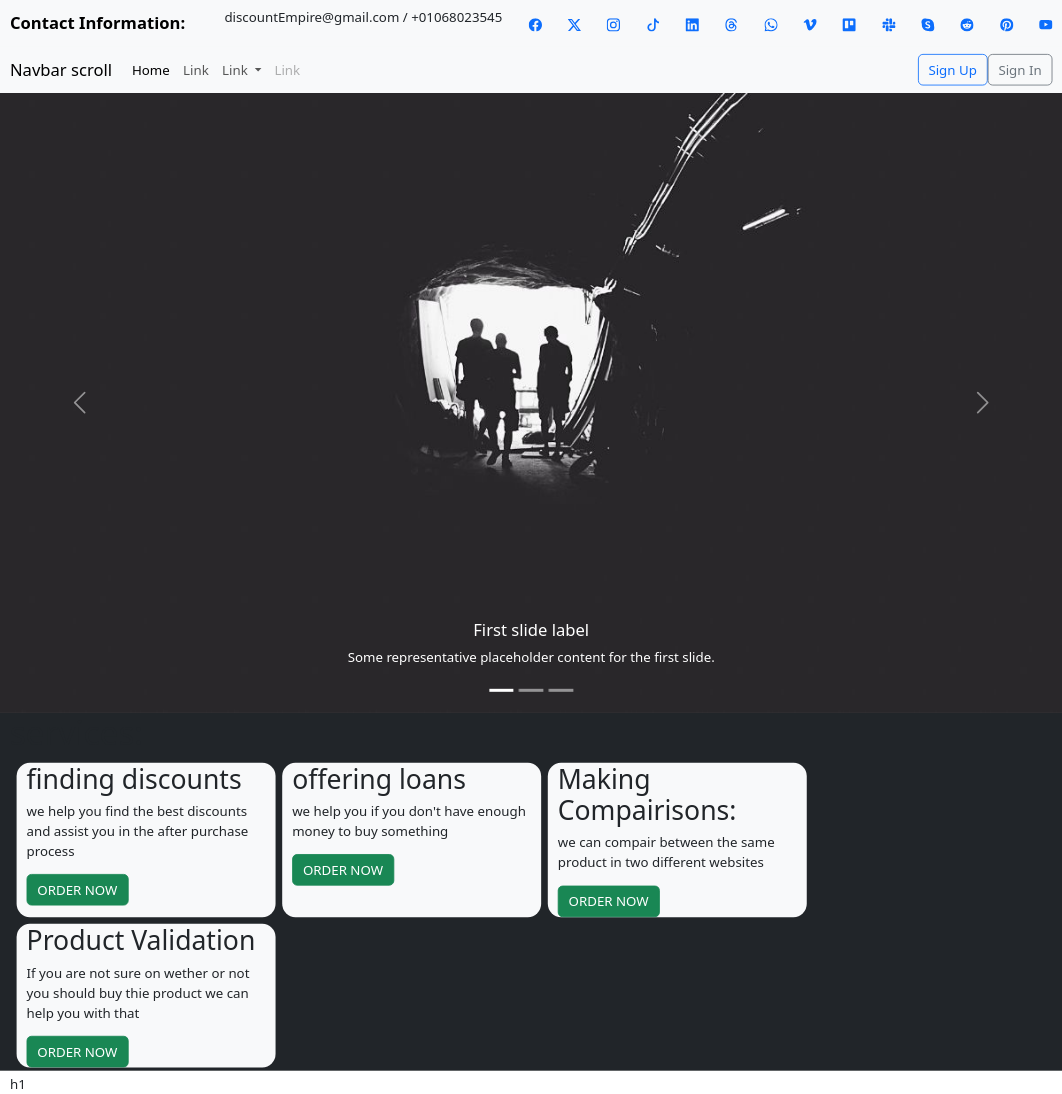
Repository: HaziimYassien/The-Discount-Empire
Page: index.html
An editor plug-in stored every save of this project. The page is shown before and after a run of saves, followed by the edit.
The browser window is 1280 px wide. The pictures show the whole page, at 83% of full size.

Above is the page before, as saved 2024-01-24 18:58:19.

### index.html
<!DOCTYPE html>
<html lang="en">
  <head>
    <meta charset="UTF-8" />
    <meta name="viewport" content="width=device-width, initial-scale=1.0" />
<link href="https://cdn.jsdelivr.net/npm/bootstrap@5.3.2/dist/css/bootstrap.min.css" rel="stylesheet" integrity="sha384-T3c6CoIi6uLrA9TneNEoa7RxnatzjcDSCmG1MXxSR1GAsXEV/Dwwykc2MPK8M2HN" crossorigin="anonymous">
<script src="https://cdn.jsdelivr.net/npm/bootstrap@5.3.2/dist/js/bootstrap.bundle.min.js" integrity="sha384-C6RzsynM9kWDrMNeT87bh95OGNyZPhcTNXj1NW7RuBCsyN/o0jlpcV8Qyq46cDfL" crossorigin="anonymous"></script>

    <title>Document</title>
  </head>
  <body>
    <!-- START _SocialMediaBar -->
<nav class="h-auto navbar sticky-top navbar-light bg-light">
  <div class="h-1 container-fluid">
    <strong class="mb-0 navbar-brand" href="#">Contact Information:  </strong>
    <p>discountEmpire@gmail.com / +01068023545</p>
    <a href="#">
 <svg xmlns="http://www.w3.org/2000/svg" width="16" height="16" fill="currentColor" class="bi bi-facebook" viewBox="0 0 16 16">
  <path d="M16 8.049c0-4.446-3.582-8.05-8-8.05C3.58 0-.002 3.603-.002 8.05c0 4.017 2.926 7.347 6.75 7.951v-5.625h-2.03V8.05H6.75V6.275c0-2.017 1.195-3.131 3.022-3.131.876 0 1.791.157 1.791.157v1.98h-1.009c-.993 0-1.303.621-1.303 1.258v1.51h2.218l-.354 2.326H9.25V16c3.824-.604 6.75-3.934 6.75-7.951"/>
</svg>
    </a>

    <a href="#">
<svg xmlns="http://www.w3.org/2000/svg" width="16" height="16" fill="currentColor" class="bi bi-twitter-x" viewBox="0 0 16 16">
  <path d="M12.6.75h2.454l-5.36 6.142L16 15.25h-4.937l-3.867-5.07-4.425 5.07H.316l5.733-6.57L0 .75h5.063l3.495 4.633L12.601.75Zm-.86 13.028h1.36L4.323 2.145H2.865z"/>
</svg>
</a>
<a href="#">
<svg xmlns="http://www.w3.org/2000/svg" width="16" height="16" fill="currentColor" class="bi bi-instagram" viewBox="0 0 16 16">
  <path d="M8 0C5.829 0 5.556.01 4.703.048 3.85.088 3.269.222 2.76.42a3.9 3.9 0 0 0-1.417.923A3.9 3.9 0 0 0 .42 2.76C.222 3.268.087 3.85.048 4.7.01 5.555 0 5.827 0 8.001c0 2.172.01 2.444.048 3.297.04.852.174 1.433.372 1.942.205.526.478.972.923 1.417.444.445.89.719 1.416.923.51.198 1.09.333 1.942.372C5.555 15.99 5.827 16 8 16s2.444-.01 3.298-.048c.851-.04 1.434-.174 1.943-.372a3.9 3.9 0 0 0 1.416-.923c.445-.445.718-.891.923-1.417.197-.509.332-1.09.372-1.942C15.99 10.445 16 10.173 16 8s-.01-2.445-.048-3.299c-.04-.851-.175-1.433-.372-1.941a3.9 3.9 0 0 0-.923-1.417A3.9 3.9 0 0 0 13.24.42c-.51-.198-1.092-.333-1.943-.372C10.443.01 10.172 0 7.998 0zm-.717 1.442h.718c2.136 0 2.389.007 3.232.046.78.035 1.204.166 1.486.275.373.145.64.319.92.599s.453.546.598.92c.11.281.24.705.275 1.485.039.843.047 1.096.047 3.231s-.008 2.389-.047 3.232c-.035.78-.166 1.203-.275 1.485a2.5 2.5 0 0 1-.599.919c-.28.28-.546.453-.92.598-.28.11-.704.24-1.485.276-.843.038-1.096.047-3.232.047s-2.39-.009-3.233-.047c-.78-.036-1.203-.166-1.485-.276a2.5 2.5 0 0 1-.92-.598 2.5 2.5 0 0 1-.6-.92c-.109-.281-.24-.705-.275-1.485-.038-.843-.046-1.096-.046-3.233s.008-2.388.046-3.231c.036-.78.166-1.204.276-1.486.145-.373.319-.64.599-.92s.546-.453.92-.598c.282-.11.705-.24 1.485-.276.738-.034 1.024-.044 2.515-.045zm4.988 1.328a.96.96 0 1 0 0 1.92.96.96 0 0 0 0-1.92m-4.27 1.122a4.109 4.109 0 1 0 0 8.217 4.109 4.109 0 0 0 0-8.217m0 1.441a2.667 2.667 0 1 1 0 5.334 2.667 2.667 0 0 1 0-5.334"/>
</svg>
</a>
<a href="#">
<svg xmlns="http://www.w3.org/2000/svg" width="16" height="16" fill="currentColor" class="bi bi-tiktok" viewBox="0 0 16 16">
  <path d="M9 0h1.98c.144.715.54 1.617 1.235 2.512C12.895 3.389 13.797 4 15 4v2c-1.753 0-3.07-.814-4-1.829V11a5 5 0 1 1-5-5v2a3 3 0 1 0 3 3z"/>
</svg>
</a>
<a href="#">
<svg xmlns="http://www.w3.org/2000/svg" width="16" height="16" fill="currentColor" class="bi bi-linkedin" viewBox="0 0 16 16">
  <path d="M0 1.146C0 .513.526 0 1.175 0h13.65C15.474 0 16 .513 16 1.146v13.708c0 .633-.526 1.146-1.175 1.146H1.175C.526 16 0 15.487 0 14.854zm4.943 12.248V6.169H2.542v7.225zm-1.2-8.212c.837 0 1.358-.554 1.358-1.248-.015-.709-.52-1.248-1.342-1.248S2.4 3.226 2.4 3.934c0 .694.521 1.248 1.327 1.248zm4.908 8.212V9.359c0-.216.016-.432.08-.586.173-.431.568-.878 1.232-.878.869 0 1.216.662 1.216 1.634v3.865h2.401V9.25c0-2.22-1.184-3.252-2.764-3.252-1.274 0-1.845.7-2.165 1.193v.025h-.016l.016-.025V6.169h-2.4c.03.678 0 7.225 0 7.225z"/>
</svg>
</a>
<a href="#">
<svg xmlns="http://www.w3.org/2000/svg" width="16" height="16" fill="currentColor" class="bi bi-threads" viewBox="0 0 16 16">
  <path d="M6.321 6.016c-.27-.18-1.166-.802-1.166-.802.756-1.081 1.753-1.502 3.132-1.502.975 0 1.803.327 2.394.948s.928 1.509 1.005 2.644q.492.207.905.484c1.109.745 1.719 1.86 1.719 3.137 0 2.716-2.226 5.075-6.256 5.075C4.594 16 1 13.987 1 7.994 1 2.034 4.482 0 8.044 0 9.69 0 13.55.243 15 5.036l-1.36.353C12.516 1.974 10.163 1.43 8.006 1.43c-3.565 0-5.582 2.171-5.582 6.79 0 4.143 2.254 6.343 5.63 6.343 2.777 0 4.847-1.443 4.847-3.556 0-1.438-1.208-2.127-1.27-2.127-.236 1.234-.868 3.31-3.644 3.31-1.618 0-3.013-1.118-3.013-2.582 0-2.09 1.984-2.847 3.55-2.847.586 0 1.294.04 1.663.114 0-.637-.54-1.728-1.9-1.728-1.25 0-1.566.405-1.967.868ZM8.716 8.19c-2.04 0-2.304.87-2.304 1.416 0 .878 1.043 1.168 1.6 1.168 1.02 0 2.067-.282 2.232-2.423a6.2 6.2 0 0 0-1.528-.161"/>
</svg>
</a>
<a href="#">
<svg xmlns="http://www.w3.org/2000/svg" width="16" height="16" fill="currentColor" class="bi bi-whatsapp" viewBox="0 0 16 16">
  <path d="M13.601 2.326A7.85 7.85 0 0 0 7.994 0C3.627 0 .068 3.558.064 7.926c0 1.399.366 2.76 1.057 3.965L0 16l4.204-1.102a7.9 7.9 0 0 0 3.79.965h.004c4.368 0 7.926-3.558 7.93-7.93A7.9 7.9 0 0 0 13.6 2.326zM7.994 14.521a6.6 6.6 0 0 1-3.356-.92l-.24-.144-2.494.654.666-2.433-.156-.251a6.56 6.56 0 0 1-1.007-3.505c0-3.626 2.957-6.584 6.591-6.584a6.56 6.56 0 0 1 4.66 1.931 6.56 6.56 0 0 1 1.928 4.66c-.004 3.639-2.961 6.592-6.592 6.592m3.615-4.934c-.197-.099-1.17-.578-1.353-.646-.182-.065-.315-.099-.445.099-.133.197-.513.646-.627.775-.114.133-.232.148-.43.05-.197-.1-.836-.308-1.592-.985-.59-.525-.985-1.175-1.103-1.372-.114-.198-.011-.304.088-.403.087-.088.197-.232.296-.346.1-.114.133-.198.198-.33.065-.134.034-.248-.015-.347-.05-.099-.445-1.076-.612-1.47-.16-.389-.323-.335-.445-.34-.114-.007-.247-.007-.38-.007a.73.73 0 0 0-.529.247c-.182.198-.691.677-.691 1.654s.71 1.916.81 2.049c.098.133 1.394 2.132 3.383 2.992.47.205.84.326 1.129.418.475.152.904.129 1.246.08.38-.058 1.171-.48 1.338-.943.164-.464.164-.86.114-.943-.049-.084-.182-.133-.38-.232"/>
</svg>
</a>
<a href="#">
<svg xmlns="http://www.w3.org/2000/svg" width="16" height="16" fill="currentColor" class="bi bi-vimeo" viewBox="0 0 16 16">
  <path d="M15.992 4.204q-.106 2.334-3.262 6.393-3.263 4.243-5.522 4.243-1.4 0-2.367-2.583L3.55 7.523Q2.83 4.939 2.007 4.94q-.178.001-1.254.754L0 4.724a210 210 0 0 0 2.334-2.081q1.581-1.364 2.373-1.437 1.865-.185 2.298 2.553.466 2.952.646 3.666.54 2.447 1.186 2.445.5 0 1.508-1.587 1.006-1.587 1.077-2.415.144-1.37-1.077-1.37a3 3 0 0 0-1.185.261q1.183-3.86 4.508-3.756 2.466.075 2.324 3.2z"/>
</svg>
</a>
<a href="#">
<svg xmlns="http://www.w3.org/2000/svg" width="16" height="16" fill="currentColor" class="bi bi-trello" viewBox="0 0 16 16">
  <path d="M14.1 0H1.903C.852 0 .002.85 0 1.9v12.19A1.9 1.9 0 0 0 1.902 16h12.199A1.9 1.9 0 0 0 16 14.09V1.9A1.9 1.9 0 0 0 14.1 0M7 11.367a.636.636 0 0 1-.64.633H3.593a.633.633 0 0 1-.63-.633V3.583c0-.348.281-.631.63-.633h2.765c.35.002.632.284.633.633zm6.052-3.5a.633.633 0 0 1-.64.633h-2.78A.636.636 0 0 1 9 7.867V3.583a.636.636 0 0 1 .633-.633h2.778c.35.002.631.285.631.633z"/>
</svg>
</a>
<a href="#">
<svg xmlns="http://www.w3.org/2000/svg" width="16" height="16" fill="currentColor" class="bi bi-slack" viewBox="0 0 16 16">
  <path d="M3.362 10.11c0 .926-.756 1.681-1.681 1.681S0 11.036 0 10.111.756 8.43 1.68 8.43h1.682zm.846 0c0-.924.756-1.68 1.681-1.68s1.681.756 1.681 1.68v4.21c0 .924-.756 1.68-1.68 1.68a1.685 1.685 0 0 1-1.682-1.68zM5.89 3.362c-.926 0-1.682-.756-1.682-1.681S4.964 0 5.89 0s1.68.756 1.68 1.68v1.682zm0 .846c.924 0 1.68.756 1.68 1.681S6.814 7.57 5.89 7.57H1.68C.757 7.57 0 6.814 0 5.89c0-.926.756-1.682 1.68-1.682zm6.749 1.682c0-.926.755-1.682 1.68-1.682S16 4.964 16 5.889s-.756 1.681-1.68 1.681h-1.681zm-.848 0c0 .924-.755 1.68-1.68 1.68A1.685 1.685 0 0 1 8.43 5.89V1.68C8.43.757 9.186 0 10.11 0c.926 0 1.681.756 1.681 1.68zm-1.681 6.748c.926 0 1.682.756 1.682 1.681S11.036 16 10.11 16s-1.681-.756-1.681-1.68v-1.682h1.68zm0-.847c-.924 0-1.68-.755-1.68-1.68s.756-1.681 1.68-1.681h4.21c.924 0 1.68.756 1.68 1.68 0 .926-.756 1.681-1.68 1.681z"/>
</svg>
</a>
<a href="#">
<svg xmlns="http://www.w3.org/2000/svg" width="16" height="16" fill="currentColor" class="bi bi-skype" viewBox="0 0 16 16">
  <path d="M4.671 0c.88 0 1.733.247 2.468.702a7.42 7.42 0 0 1 6.02 2.118 7.37 7.37 0 0 1 2.167 5.215q0 .517-.072 1.026a4.66 4.66 0 0 1 .6 2.281 4.64 4.64 0 0 1-1.37 3.294A4.67 4.67 0 0 1 11.18 16c-.84 0-1.658-.226-2.37-.644a7.42 7.42 0 0 1-6.114-2.107A7.37 7.37 0 0 1 .529 8.035q0-.545.08-1.081a4.644 4.644 0 0 1 .76-5.59A4.68 4.68 0 0 1 4.67 0zm.447 7.01c.18.309.43.572.729.769a7 7 0 0 0 1.257.653q.737.308 1.145.523c.229.112.437.264.615.448.135.142.21.331.21.528a.87.87 0 0 1-.335.723c-.291.196-.64.289-.99.264a2.6 2.6 0 0 1-1.048-.206 11 11 0 0 1-.532-.253 1.3 1.3 0 0 0-.587-.15.72.72 0 0 0-.501.176.63.63 0 0 0-.195.491.8.8 0 0 0 .148.482 1.2 1.2 0 0 0 .456.354 5.1 5.1 0 0 0 2.212.419 4.6 4.6 0 0 0 1.624-.265 2.3 2.3 0 0 0 1.08-.801c.267-.39.402-.855.386-1.327a2.1 2.1 0 0 0-.279-1.101 2.5 2.5 0 0 0-.772-.792A7 7 0 0 0 8.486 7.3a1 1 0 0 0-.145-.058 18 18 0 0 1-1.013-.447 1.8 1.8 0 0 1-.54-.387.73.73 0 0 1-.2-.508.8.8 0 0 1 .385-.723 1.76 1.76 0 0 1 .968-.247c.26-.003.52.03.772.096q.412.119.802.293c.105.049.22.075.336.076a.6.6 0 0 0 .453-.19.7.7 0 0 0 .18-.496.72.72 0 0 0-.17-.476 1.4 1.4 0 0 0-.556-.354 3.7 3.7 0 0 0-.708-.183 6 6 0 0 0-1.022-.078 4.5 4.5 0 0 0-1.536.258 2.7 2.7 0 0 0-1.174.784 1.9 1.9 0 0 0-.45 1.287c-.01.37.076.736.25 1.063"/>
</svg>
</a>
<a href="#">
<svg xmlns="http://www.w3.org/2000/svg" width="16" height="16" fill="currentColor" class="bi bi-reddit" viewBox="0 0 16 16">
  <path d="M6.167 8a.83.83 0 0 0-.83.83c0 .459.372.84.83.831a.831.831 0 0 0 0-1.661m1.843 3.647c.315 0 1.403-.038 1.976-.611a.23.23 0 0 0 0-.306.213.213 0 0 0-.306 0c-.353.363-1.126.487-1.67.487-.545 0-1.308-.124-1.671-.487a.213.213 0 0 0-.306 0 .213.213 0 0 0 0 .306c.564.563 1.652.61 1.977.61zm.992-2.807c0 .458.373.83.831.83s.83-.381.83-.83a.831.831 0 0 0-1.66 0z"/>
  <path d="M16 8A8 8 0 1 1 0 8a8 8 0 0 1 16 0m-3.828-1.165c-.315 0-.602.124-.812.325-.801-.573-1.9-.945-3.121-.993l.534-2.501 1.738.372a.83.83 0 1 0 .83-.869.83.83 0 0 0-.744.468l-1.938-.41a.2.2 0 0 0-.153.028.2.2 0 0 0-.086.134l-.592 2.788c-1.24.038-2.358.41-3.17.992-.21-.2-.496-.324-.81-.324a1.163 1.163 0 0 0-.478 2.224q-.03.17-.029.353c0 1.795 2.091 3.256 4.669 3.256s4.668-1.451 4.668-3.256c0-.114-.01-.238-.029-.353.401-.181.688-.592.688-1.069 0-.65-.525-1.165-1.165-1.165"/>
</svg>
</a>
<a href="#">
<svg xmlns="http://www.w3.org/2000/svg" width="16" height="16" fill="currentColor" class="bi bi-pinterest" viewBox="0 0 16 16">
  <path d="M8 0a8 8 0 0 0-2.915 15.452c-.07-.633-.134-1.606.027-2.297.146-.625.938-3.977.938-3.977s-.239-.479-.239-1.187c0-1.113.645-1.943 1.448-1.943.682 0 1.012.512 1.012 1.127 0 .686-.437 1.712-.663 2.663-.188.796.4 1.446 1.185 1.446 1.422 0 2.515-1.5 2.515-3.664 0-1.915-1.377-3.254-3.342-3.254-2.276 0-3.612 1.707-3.612 3.471 0 .688.265 1.425.595 1.826a.24.24 0 0 1 .056.23c-.061.252-.196.796-.222.907-.035.146-.116.177-.268.107-1-.465-1.624-1.926-1.624-3.1 0-2.523 1.834-4.84 5.286-4.84 2.775 0 4.932 1.977 4.932 4.62 0 2.757-1.739 4.976-4.151 4.976-.811 0-1.573-.421-1.834-.919l-.498 1.902c-.181.695-.669 1.566-.995 2.097A8 8 0 1 0 8 0"/>
</svg>
</a>
<a href="#">
<svg xmlns="http://www.w3.org/2000/svg" width="16" height="16" fill="currentColor" class="bi bi-youtube" viewBox="0 0 16 16">
  <path d="M8.051 1.999h.089c.822.003 4.987.033 6.11.335a2.01 2.01 0 0 1 1.415 1.42c.101.38.172.883.22 1.402l.01.104.022.26.008.104c.065.914.073 1.77.074 1.957v.075c-.001.194-.01 1.108-.082 2.06l-.008.105-.009.104c-.05.572-.124 1.14-.235 1.558a2.01 2.01 0 0 1-1.415 1.42c-1.16.312-5.569.334-6.18.335h-.142c-.309 0-1.587-.006-2.927-.052l-.17-.006-.087-.004-.171-.007-.171-.007c-1.11-.049-2.167-.128-2.654-.26a2.01 2.01 0 0 1-1.415-1.419c-.111-.417-.185-.986-.235-1.558L.09 9.82l-.008-.104A31 31 0 0 1 0 7.68v-.123c.002-.215.01-.958.064-1.778l.007-.103.003-.052.008-.104.022-.26.01-.104c.048-.519.119-1.023.22-1.402a2.01 2.01 0 0 1 1.415-1.42c.487-.13 1.544-.21 2.654-.26l.17-.007.172-.006.086-.003.171-.007A100 100 0 0 1 7.858 2zM6.4 5.209v4.818l4.157-2.408z"/>
</svg>
</a>
  </div>
</nav>
    <!-- END _SocialMediaBar -->
    <!-- START _NavBar -->
    <nav class="navbar navbar-expand-lg navbar-light bg-light sticky-top">
      <div class="container-fluid">
        <a class="navbar-brand" href="#">Navbar scroll</a>
        <button
          class="navbar-toggler"
          type="button"
          data-bs-toggle="collapse"
          data-bs-target="#navbarScroll"
          aria-controls="navbarScroll"
          aria-expanded="false"
          aria-label="Toggle navigation"
        >
          <span class="navbar-toggler-icon"></span>
        </button>
        <div class="collapse navbar-collapse" id="navbarScroll">
          <ul
            class="navbar-nav me-auto my-2 my-lg-0 navbar-nav-scroll"
            style="--bs-scroll-height: 100px"
          >
            <li class="nav-item">
              <a class="nav-link active" aria-current="page" href="#">Home</a>
            </li>
            <li class="nav-item">
              <a class="nav-link" href="#">Link</a>
            </li>
            <li class="nav-item dropdown">
              <a
                class="nav-link dropdown-toggle"
                href="#"
                id="navbarScrollingDropdown"
                role="button"
                data-bs-toggle="dropdown"
                aria-expanded="false"
              >
                Link
              </a>
              <ul
                class="dropdown-menu"
                aria-labelledby="navbarScrollingDropdown"
              >
                <li><a class="dropdown-item" href="#">Action</a></li>
                <li><a class="dropdown-item" href="#">Another action</a></li>
                <li><hr class="dropdown-divider" /></li>
                <li>
                  <a class="dropdown-item" href="#">Something else here</a>
                </li>
              </ul>
            </li>
            <li class="nav-item">
              <a
                class="nav-link disabled"
                href="#"
                tabindex="-1"
                aria-disabled="true"
                >Link</a
              >
            </li>
          </ul>

            <button class="btn btn-outline-primary" type="#">
              Sign Up
            </button>
              <button class="btn btn-outline-secondary" type="#">
              Sign In
            </button>
          </form>
        </div>
      </div>
    </nav>
    <!-- END _NavBar -->


    <!-- START _Gallery -->

<div id="carouselExampleDark" class="carousel carousel-light slide" data-bs-ride="carousel">
  <div class="carousel-indicators">
    <button type="button" data-bs-target="#carouselExampleDark" data-bs-slide-to="0" class="active" aria-current="true" aria-label="Slide 1"></button>
    <button type="button" data-bs-target="#carouselExampleDark" data-bs-slide-to="1" aria-label="Slide 2"></button>
    <button type="button" data-bs-target="#carouselExampleDark" data-bs-slide-to="2" aria-label="Slide 3"></button>
  </div>
  <div class="carousel-inner">
    <div class="carousel-item active" data-bs-interval="10000">
      <img src="/img/la.jpg" class="d-block w-100" alt="...">
      <div class="carousel-caption d-none d-md-block">
        <h5>First slide label</h5>
        <p>Some representative placeholder content for the first slide.</p>
      </div>
    </div>
    <div class="carousel-item" data-bs-interval="2000">
      <img src="/img/la.jpg" class="d-block w-100" alt="...">
      <div class="carousel-caption d-none d-md-block">
        <h5>Second slide label</h5>
        <p>Some representative placeholder content for the second slide.</p>
      </div>
    </div>
    <div class="carousel-item">
      <img src="/img/la.jpg" class="d-block w-100" alt="...">
      <div class="carousel-caption d-none d-md-block">
        <h5>Third slide label</h5>
        <p>Some representative placeholder content for the third slide.</p>
      </div>
    </div>
  </div>
  <button class="carousel-control-prev" type="button" data-bs-target="#carouselExampleDark" data-bs-slide="prev">
    <span class="carousel-control-prev-icon" aria-hidden="true"></span>
    <span class="visually-hidden">Previous</span>
  </button>
  <button class="carousel-control-next" type="button" data-bs-target="#carouselExampleDark" data-bs-slide="next">
    <span class="carousel-control-next-icon" aria-hidden="true"></span>
    <span class="visually-hidden">Next</span>
  </button>
</div>
    <!-- END _Gallery -->



    <!-- START _Services -->
<section class="container-fluid bg-dark">
  <h1>services: </h1>

  <div class="row m-1">
  <div class="col-3 bg-light rounded-4 m-1">
    <h2>finding discounts</h2>
    <p>we help you find the best discounts and assist you in the after purchase process</p>
    <button type="button" class="btn btn-success">ORDER NOW</button>
  </div>
  <div class="col-3 bg-light rounded-4 m-1">
    <h2>offering loans</h2>
    <p>we help you if you don't have enough money to buy something</p>
    <button type="button" class="btn btn-success">ORDER NOW</button>
  </div>
  <div class="col-3 bg-light rounded-4 m-1">
    <h2>Making Compairisons: </h2>
    <p>we can compair between the same product in two different websites </p>
    <button type="button" class="btn btn-success">ORDER NOW</button>
  </div>
  <div class="col-3 bg-light rounded-4 m-1">
    <h2>Product Validation</h2>
    <p>If you are not sure on wether or not you should buy thie product we can help you with that </p>
    <button type="button" class="btn btn-success">ORDER NOW</button>
  </div>

</section>
    <!-- END _Services -->


    <!-- START _reviews -->
    <section class="container-fluid">
      h1
    </section>
    <!-- END _reviews -->
  </body>
</html>

After the next 3 saves:
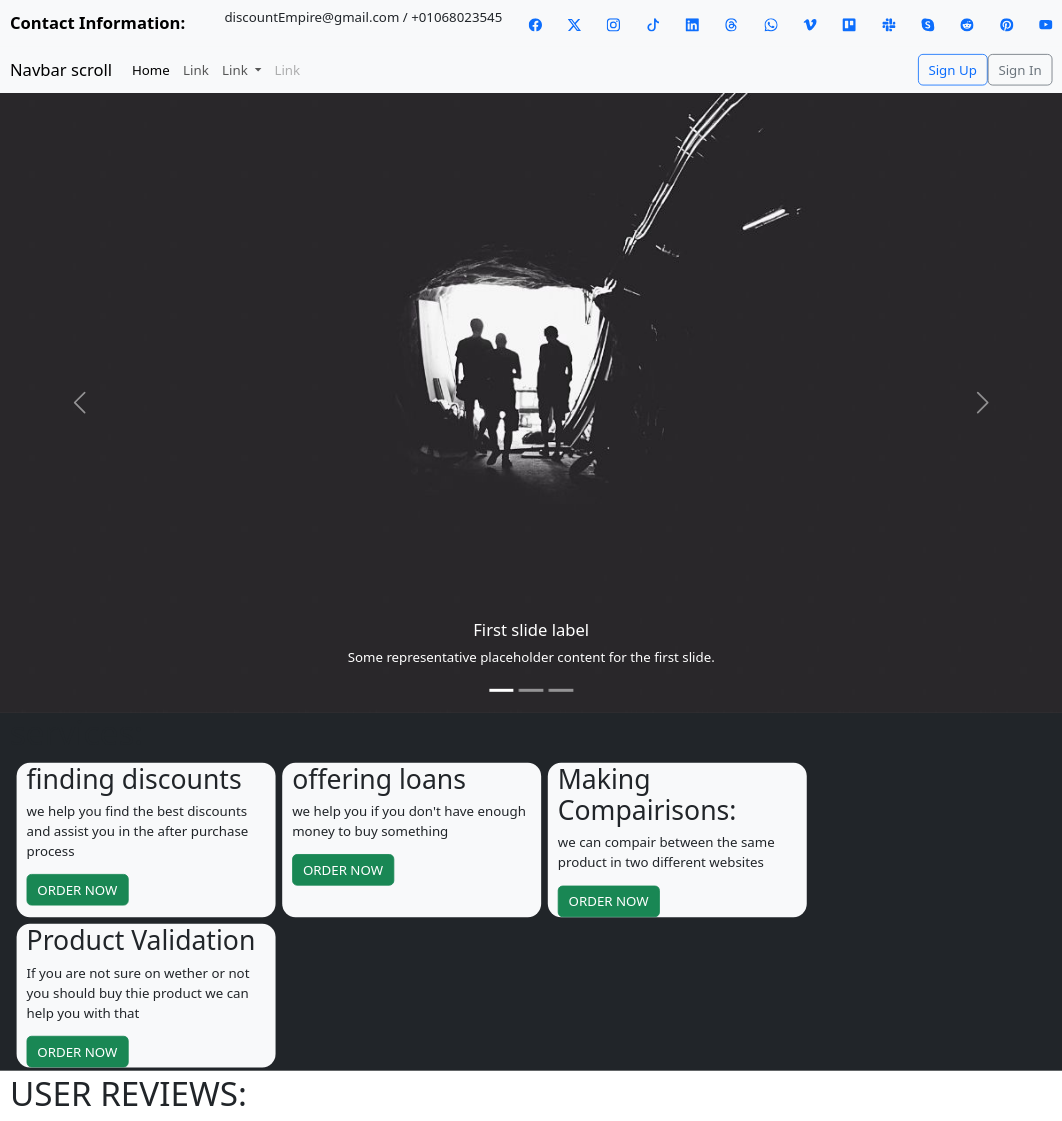
The 3 saves are shown as one change because they came seconds apart.
The last was saved 8 s later.
--- a/index.html
+++ b/index.html
@@ -238,7 +238,8 @@
 
     <!-- START _reviews -->
     <section class="container-fluid">
-      h1
+      <h1>USER REVIEWS: </h1>
+
     </section>
     <!-- END _reviews -->
   </body>
